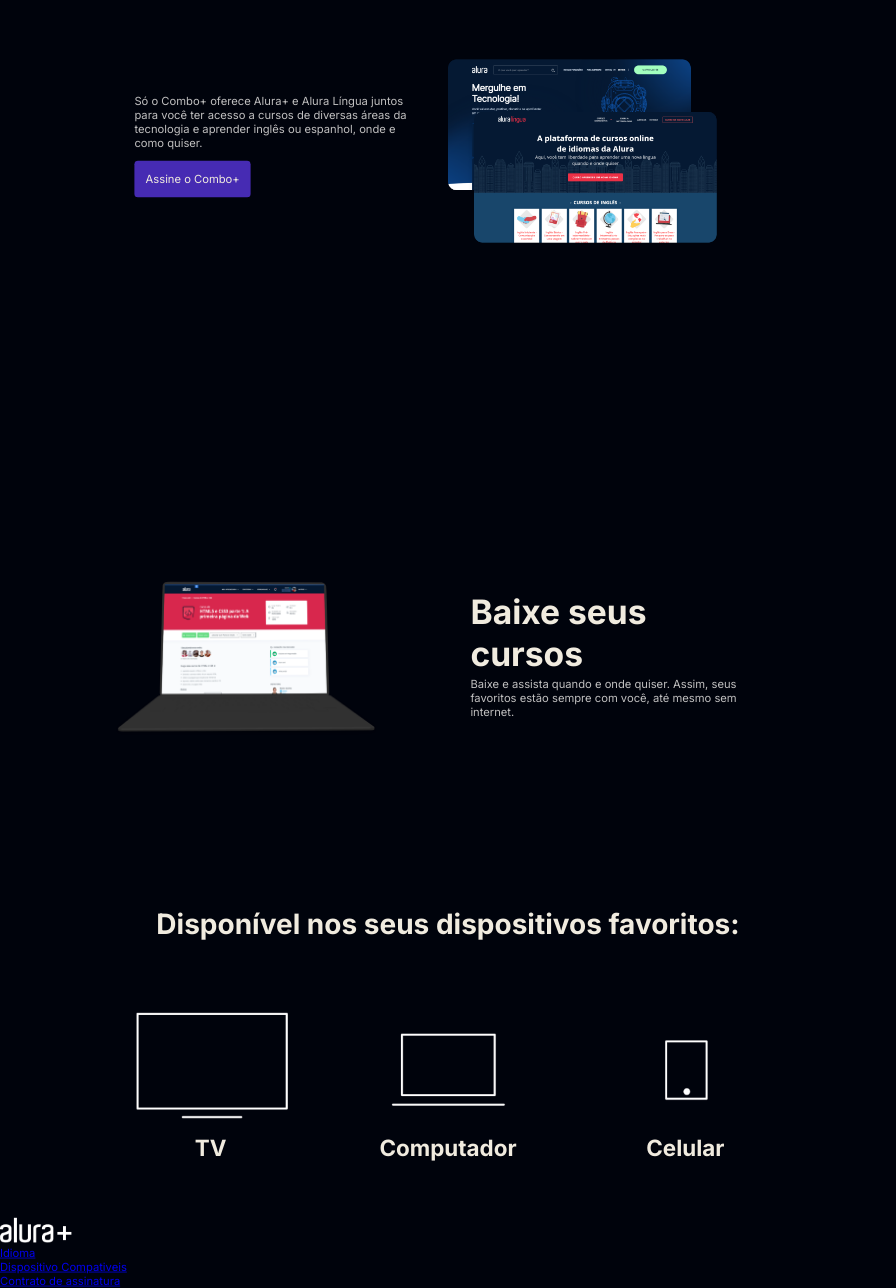
Repository: DamnDTX/praticando-font-end
Page: index.html
These files come from the project's save history. The page is drawn as it stood at one moment and after the next save; the edit follows.
The browser window is 1280 px wide. The pictures show the part of the page from y = 1584 to 3504 px (the page is 3424 px tall before and 3504 px after), at 70% of full size.

Above is the page before, as saved 2023-07-18 15:11:40.

After the next save:
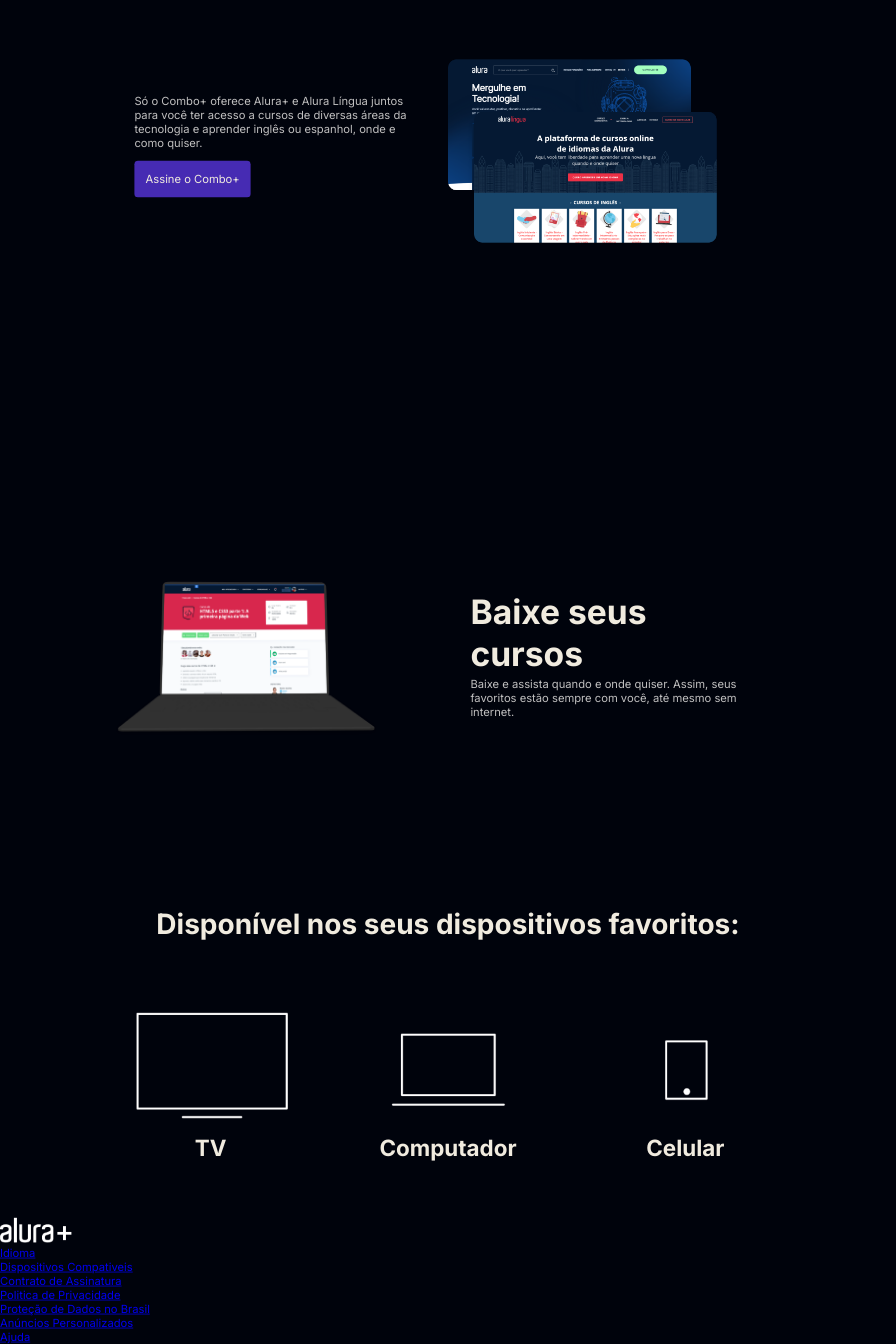
Saved 98 s later.
--- a/index.html
+++ b/index.html
@@ -79,10 +79,22 @@
         <a href="#">Idioma</a>
     </li>
     <li class="lista__link">
-        <a href="#">Dispositivo Compativeis</a>
+        <a href="#">Dispositivos Compativeis</a>
     </li>
     <li class="lista__link">
-        <a href="#">Contrato de assinatura</a>
+        <a href="#">Contrato de Assinatura</a>
+    </li>
+    <li class="lista__link">
+        <a href="#">Politica de Privacidade</a>
+    </li>
+    <li class="lista__link">
+        <a href="#">Proteção de Dados no Brasil</a>
+    </li>
+    <li class="lista__link">
+        <a href="#">Anúncios Personalizados</a>
+    </li>
+    <li class="lista__link">
+        <a href="#">Ajuda</a>
     </li>
 </ul>
 
